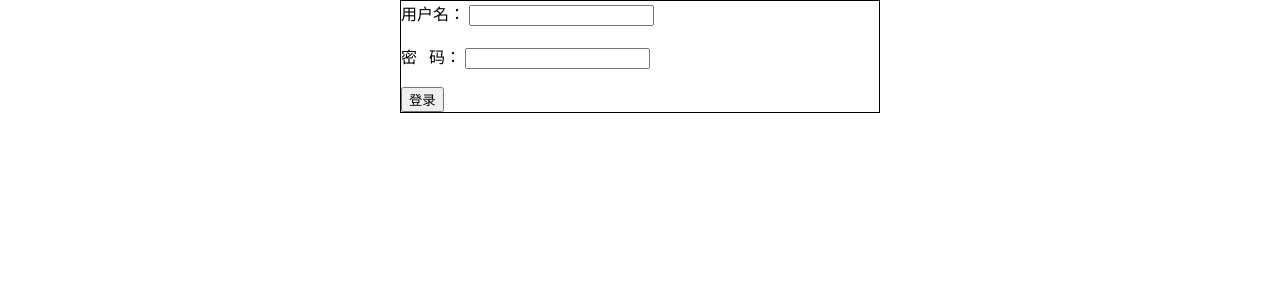
Repository: guirui-li/StudyJavaWeb
Page: http://localhost/JavawebTest/experiment02/login.jsp
The author's editor kept a copy of each file at every save. The page is drawn from the files as they stood at one save, then again after the next save.
The browser window is 1280 px wide. The pictures show the whole page.
The page is served by Tomcat 9. Other server files are loaded and not shown.

Above is the page before, as saved 2019-04-26 11:32:19.

### JavawebTest/WebContent/experiment02/login.jsp
<%@ page language="java" contentType="text/html; charset=UTF-8"
    pageEncoding="UTF-8"%>
<!DOCTYPE html>
<html>
<head>
<meta charset="UTF-8">
<title>Insert title here</title>
	<style type="text/css">
		body{
			margin: 0;
			padding: 0;
		}
		#form1{
			margin: 0 400px;
			border: 1px solid black;
		}
	</style>
</head>
<body>
	<%
		String name=request.getParameter("name");
		String psw=request.getParameter("psw");
		if(name==null||psw==null){
			name="";
			psw="";
		}
	%>
	<form action="dologin.jsp" id="form1" name="form1" method="post">
		<label>用户名：
			<input type="text" name="name" value="<%=name %>"/>
			<br><br>
			密&nbsp;&nbsp;&nbsp;码：
			<input type="text" name="psw" value="<%=psw %>"/>
			<br><br>
			<input type="submit" name="Submit" value="登录" />
		</label>
	</form>

</body>
</html>

After the next save:
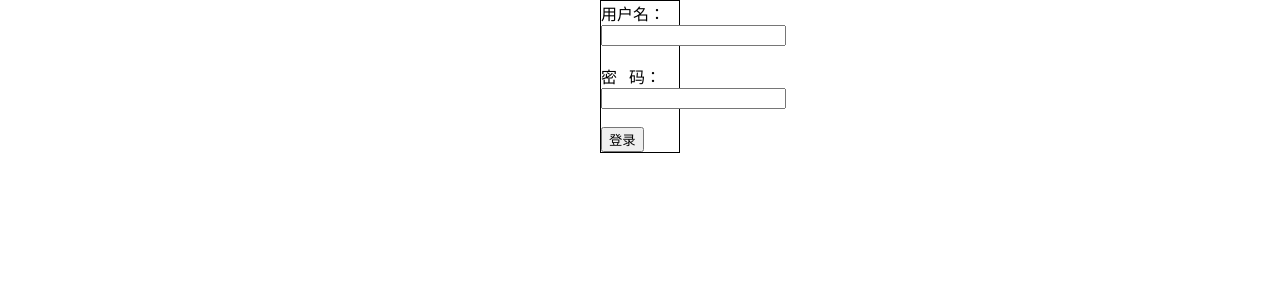
Saved 9 s later.
--- a/JavawebTest/WebContent/experiment02/login.jsp
+++ b/JavawebTest/WebContent/experiment02/login.jsp
@@ -11,7 +11,7 @@
 			padding: 0;
 		}
 		#form1{
-			margin: 0 400px;
+			margin: 0 600px;
 			border: 1px solid black;
 		}
 	</style>
